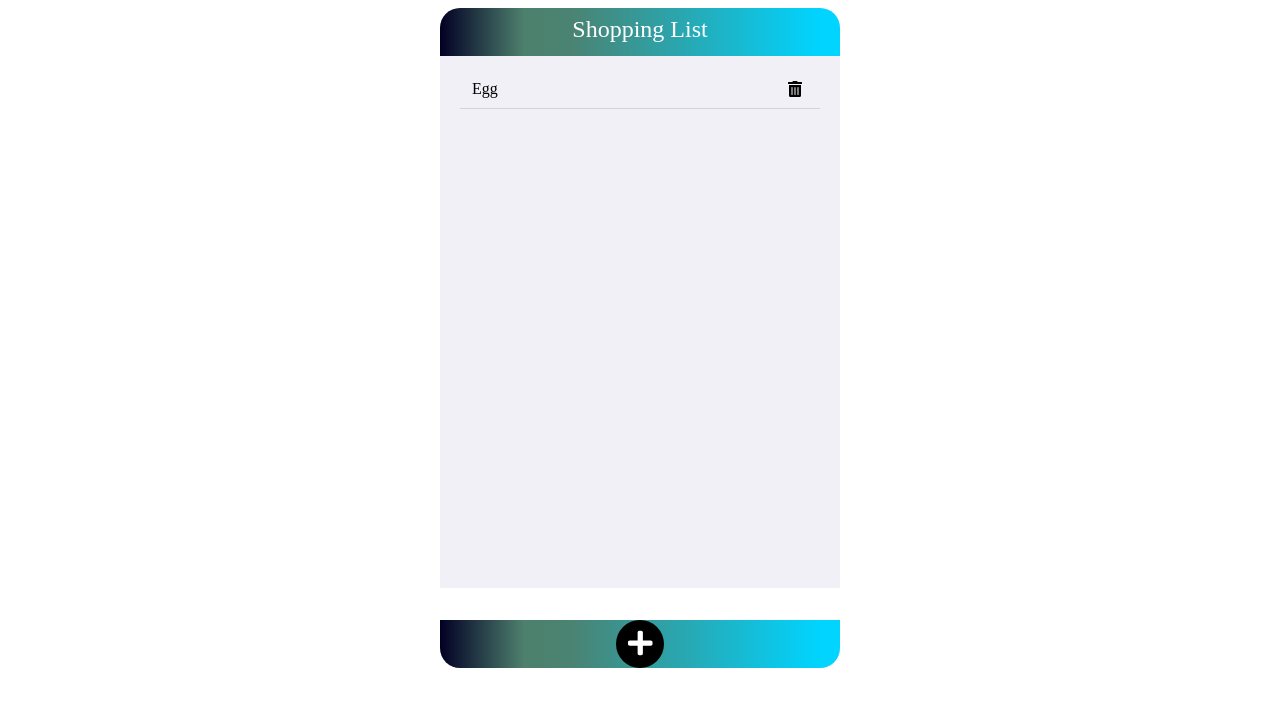
Repository: woojinShim/Browser-Study
Page: shopping/index.html
The author's editor kept a copy of each file at every save. The page is drawn from the files as they stood at one save, then again after the next save.
The browser window is 1280 px wide. The pictures show the whole page.

Above is the page before, as saved 2022-02-06 21:19:28.

### shopping/index.html
<!DOCTYPE html>
<html lang="en">
<head>
    <meta charset="UTF-8">
    <meta http-equiv="X-UA-Compatible" content="IE=edge">
    <meta name="viewport" content="width=device-width, initial-scale=1.0">
    <title>Document</title>
    <script src="main.js" defer></script>
    <link rel="stylesheet" href="style.css">
    <script src="https://use.fontawesome.com/releases/v5.15.4/js/all.js" data-auto-replace-svg="nest"></script>
</head>
<body>
    <section class="list">
        <header class="header">Shopping List</header>
        <ul class="items">
            <li class="item__row">
                <div class="item">
                    <span class="item__name">Egg</span>
                    <button class="item__delete"><i class="fas fa-trash-alt"></i></button>
                </div>
                <div class="item__divider"></div>
            </li>

        </ul>
        <footer class="footer">
            <input type="text" class="footer__input">
            <button class="footer__button"><i class="fas fa-plus"></i></button>
        </footer>
    </section>
</body>
</html>

### shopping/style.css
* {
  box-sizing: border-box;
}

ul {
  padding: 0;
}

button {
  outline: none;
  background: transparent;
  border: none;
  cursor: pointer;
}

body {
  background-color: ced3df;
  text-align: center;
}

.list {
  width: 400px;
  margin: auto;
  background-color: #f1f0f7;
  border-radius: 20px;
}

.header {
  height: 48px;
  padding: 8px;
  font-size: 24px;
  background: rgb(2, 0, 36);
  background: linear-gradient(
    90deg,
    rgba(2, 0, 36, 1) 0%,
    rgba(77, 128, 109, 1) 21%,
    rgba(74, 131, 114, 1) 33%,
    rgba(0, 212, 255, 1) 95%
  );
  border-radius: 20px 20px 0 0;
  color: white;
}

.items {
  height: 500px;
  overflow-y: auto;
}

.item {
  display: flex;
  justify-content: space-between;
  padding: 8px 32px;
}

.item__delete {
  font-size: 16px;
  transition: all 300ms ease-in;
}

.item__d::-webkit-progress-inner-element {
  color: red;
  transform: scale(1.1);
}

.item__divider {
  width: 90%;
  height: 1px;
  background-color: lightgray;
  margin: auto;
}

.footer {
  background: rgb(2, 0, 36);
  background: linear-gradient(
    90deg,
    rgba(2, 0, 36, 1) 0%,
    rgba(77, 128, 109, 1) 21%,
    rgba(74, 131, 114, 1) 33%,
    rgba(0, 212, 255, 1) 95%
  );
  border-radius: 0 0 20px 20px;
}

.footer__input {
  width: 100%;
  height: 32px;
  border: none;
  outline: none;
  font-size: 24px;
  padding: 0 16px;
}

.footer__button {
  width: 48px;
  height: 48px;
  font-size: 28px;
  background-color: black;
  border-radius: 50%;
  color: white;
  transition: transform 300ms ease-in;
}

.footer__button:hover {
  transform: scale(1.1);
}

Loaded but not shown: shopping/main.js (no stored copy; drawn as an empty file)

After the next save:
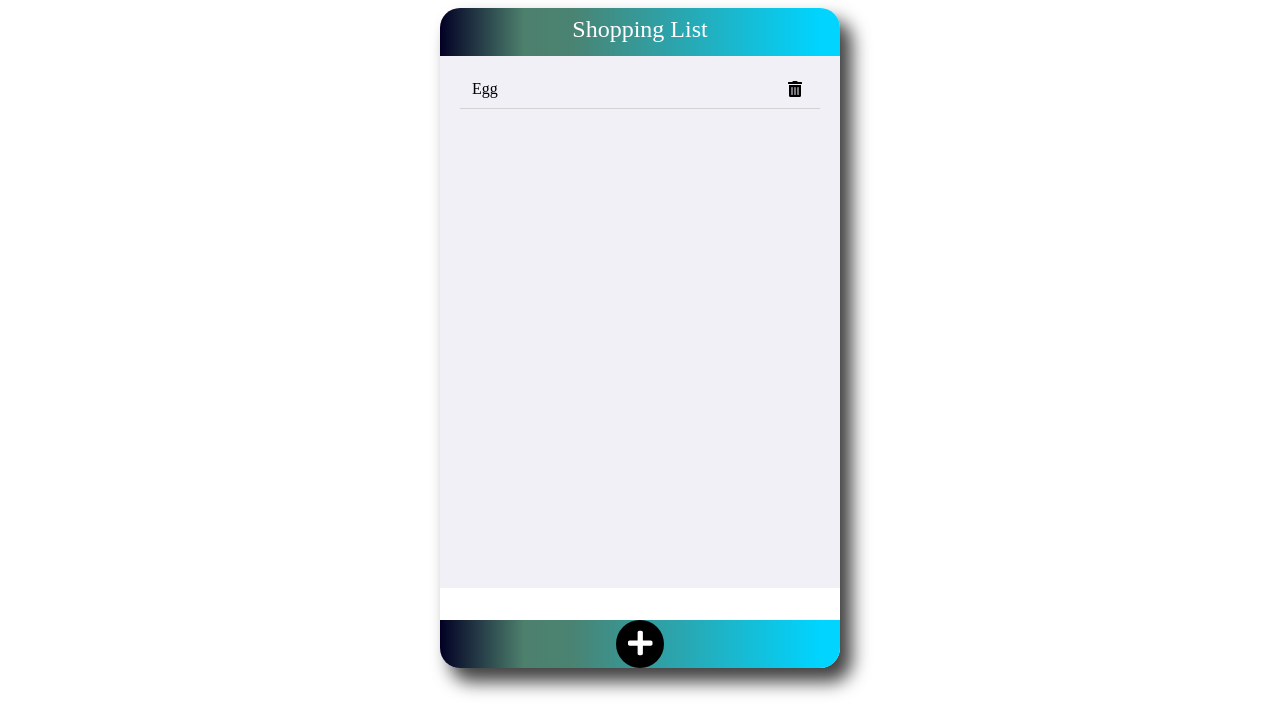
Saved 3 min 15 s later.
--- a/shopping/style.css
+++ b/shopping/style.css
@@ -23,6 +23,9 @@ body {
   margin: auto;
   background-color: #f1f0f7;
   border-radius: 20px;
+  -webkit-box-shadow: 11px 13px 18px 1px rgba(0, 0, 0, 0.75);
+  -moz-box-shadow: 11px 13px 18px 1px rgba(0, 0, 0, 0.75);
+  box-shadow: 11px 13px 18px 1px rgba(0, 0, 0, 0.75);
 }
 
 .header {
